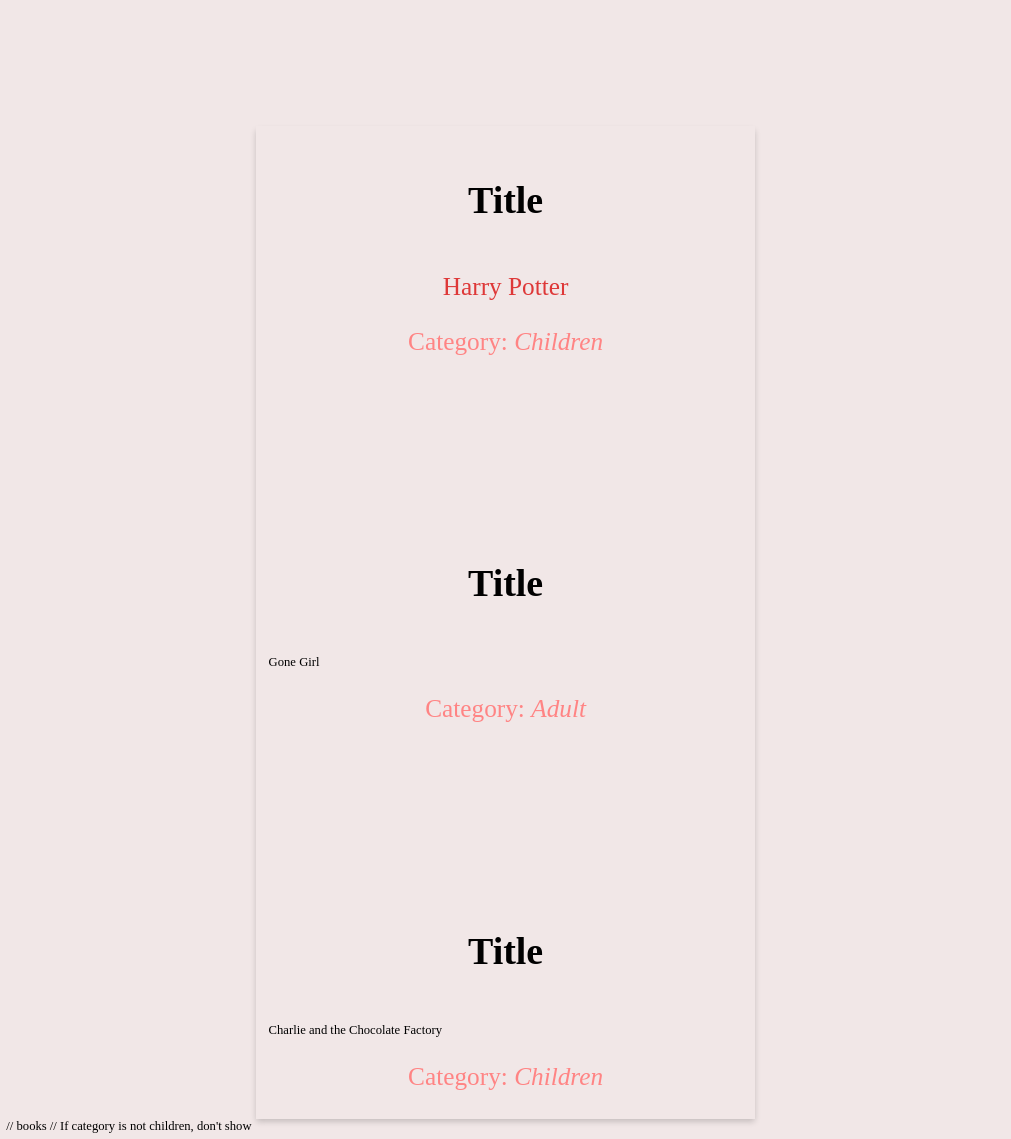
Repository: cyborgEneki/archangel-code-challenge
Page: index.html
These files come from the project's save history. The page is drawn as it stood at one moment and after the next save; the edit follows.
The browser window is 1280 px wide. The pictures show the whole page, at 79% of full size.
The style sheet was rebuilt from its Sass, Less or Tailwind sources for each picture, by a compiler version that may differ from the author's.

Above is the page before, as saved 2020-11-05 14:15:58.

After the next save:
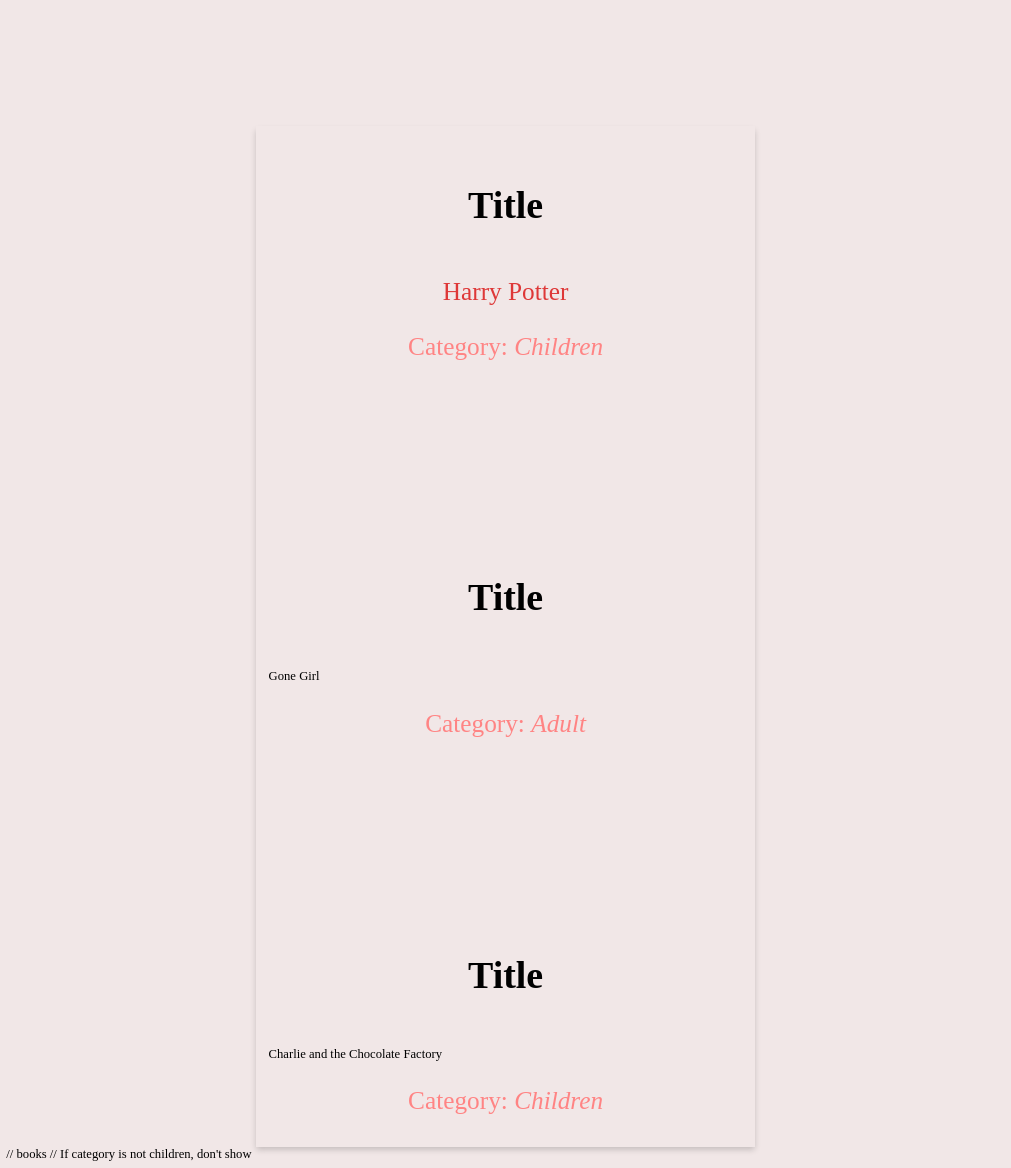
Saved 80 s later.
--- a/scss/styles.scss
+++ b/scss/styles.scss
@@ -11,7 +11,7 @@
     margin: 0 auto;
 
     &__container {
-        padding: 2px 16px;
+        padding: 0.5rem 1rem;
         margin-top: 10rem;
     }
 
